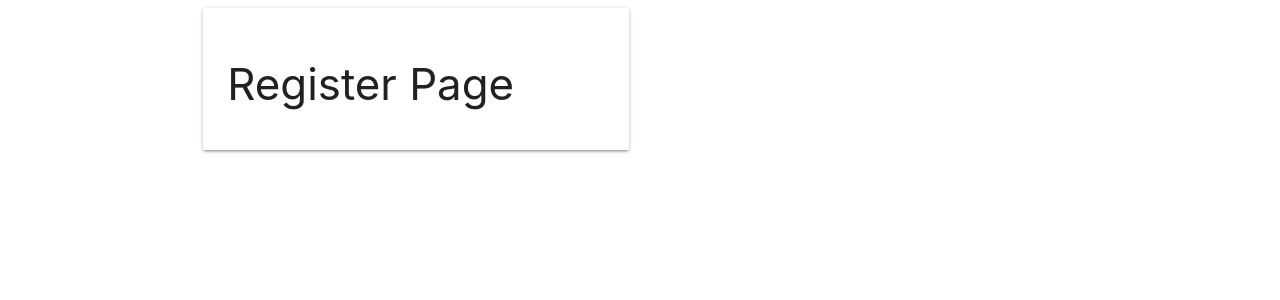
Repository: nin19/advance_java
Page: http://localhost/register-module/
These files come from the project's save history. The page is drawn as it stood at one moment and after the next save; the edit follows.
The browser window is 1280 px wide. The pictures show the whole page.
The page is served by Tomcat 9. Other server files are loaded and not shown.

Above is the page before, as saved 2024-10-17 13:37:14.

### servlet/register-module/src/main/webapp/signup.jsp
<%@ page language="java" contentType="text/html; charset=ISO-8859-1"
    pageEncoding="ISO-8859-1"%>
<!DOCTYPE html>
<html>
<head>
<meta charset="ISO-8859-1">
<title>SignUpPage</title>
 <!-- Compiled and minified CSS -->
    <link rel="stylesheet" href="https://cdnjs.cloudflare.com/ajax/libs/materialize/1.0.0/css/materialize.min.css">

    <!-- Compiled and minified JavaScript -->
    <script src="https://cdnjs.cloudflare.com/ajax/libs/materialize/1.0.0/js/materialize.min.js"></script>

</head>
<body>
	<div class="container">
		<div class="row">
			<div class="col m6">
				<div class="card">
					<div class="card-content">
						<h3>Register Page</h3>
					</div>
				</div>
			</div>
		</div>
	</div>
</body>
</html>

After the next save:
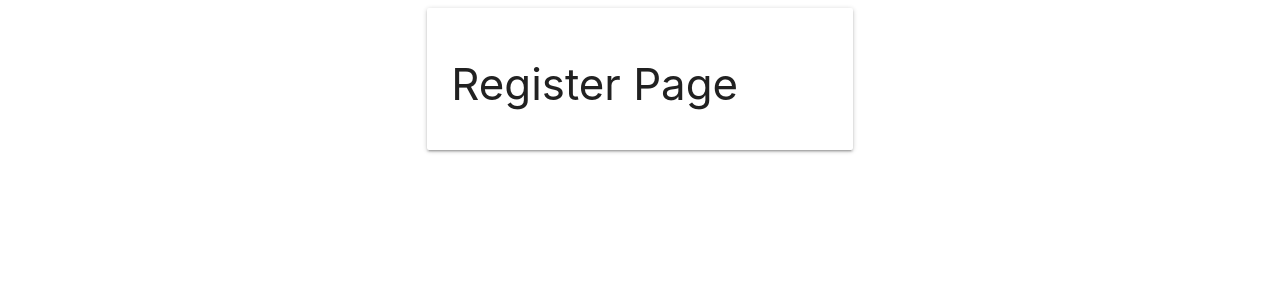
Saved 57 s later.
--- a/servlet/register-module/src/main/webapp/signup.jsp
+++ b/servlet/register-module/src/main/webapp/signup.jsp
@@ -15,7 +15,7 @@
 <body>
 	<div class="container">
 		<div class="row">
-			<div class="col m6">
+			<div class="col m6 offset-m3">
 				<div class="card">
 					<div class="card-content">
 						<h3>Register Page</h3>
